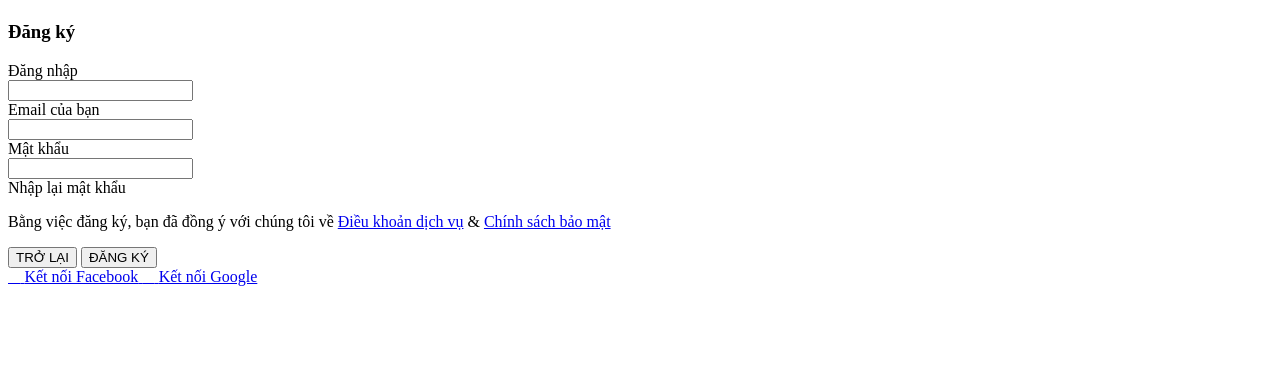
Repository: ximvhs/sochitieu
Page: login.html
The author's editor kept a copy of each file at every save. The page is drawn from the files as they stood at one save, then again after the next save.
The browser window is 1280 px wide. The pictures show the whole page.
Some web fonts or font styles are not loaded; a fallback is used.

Above is the page before, as saved 2023-04-05 09:29:53.

After the next save:
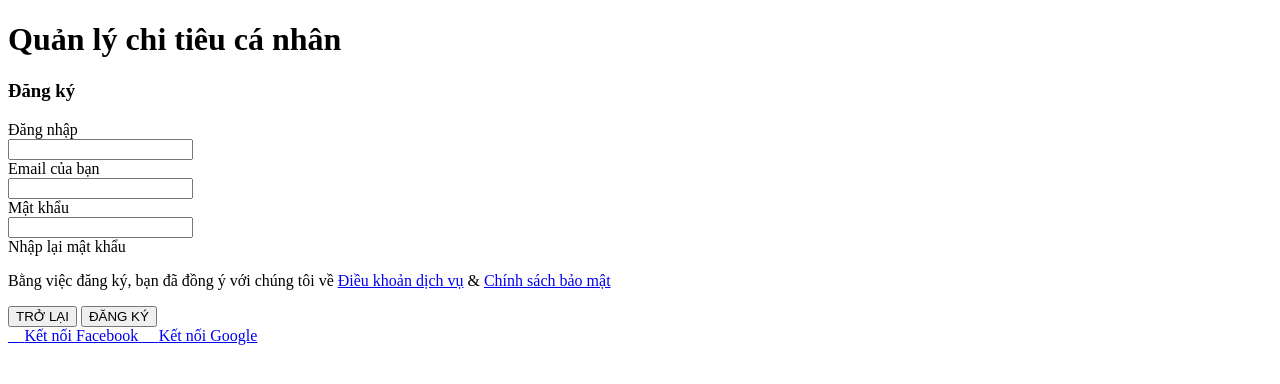
Saved 15 s later.
--- a/login.html
+++ b/login.html
@@ -22,7 +22,7 @@
         <div class="modal js-show_register">
                 <div class="modal__body">
                     <div class="auth-form--left">
-                        <H1></H1>
+                        <H1>Quản lý chi tiêu cá nhân</H1>
                     </div>
                     <div class="auth-form--right js-auth-form">
                         <div class="auth-form__container">
